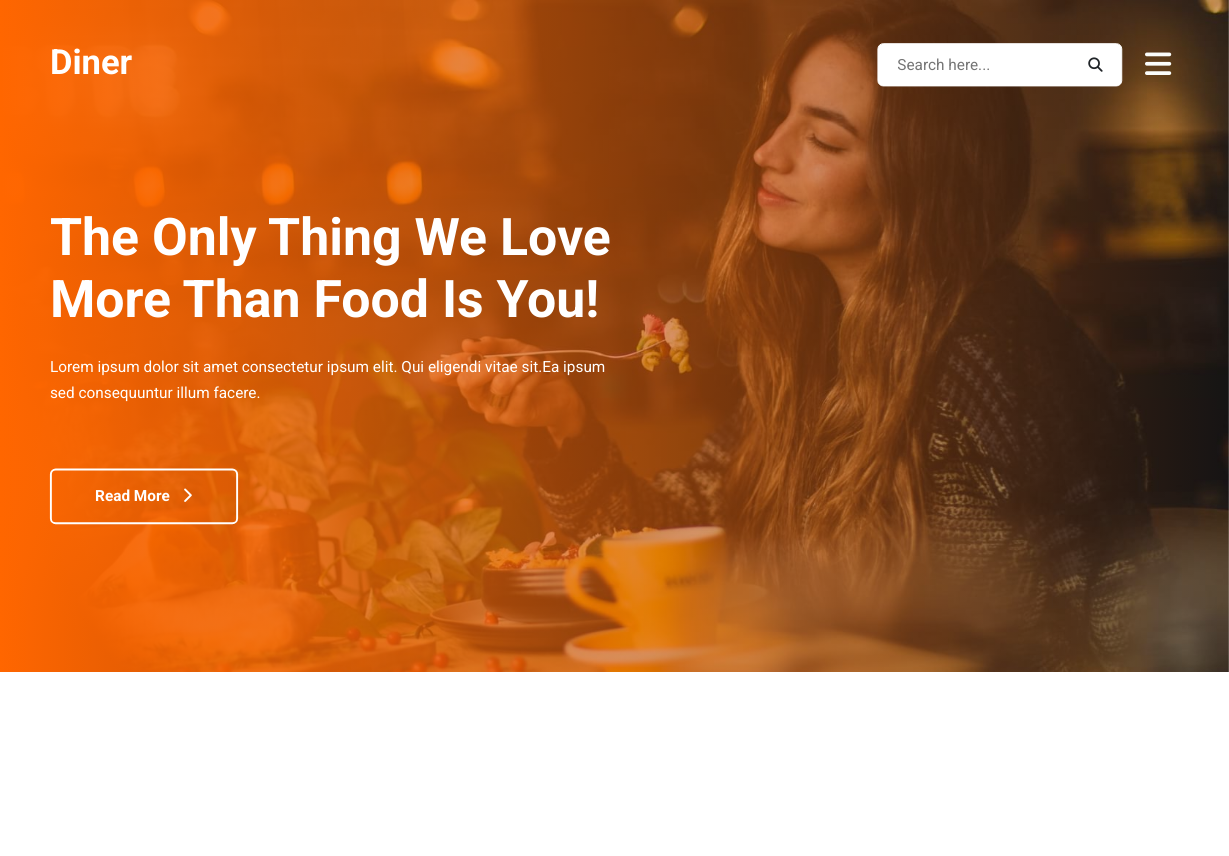
Repository: minhtrivu6199/Diner
Page: index.html
These files come from the project's save history. The page is drawn as it stood at one moment and after the next save; the edit follows.
The browser window is 1280 px wide. The pictures show the whole page, at 96% of full size.
Backgrounds fixed to the window are drawn as part of the page. The style sheet was rebuilt from its Sass, Less or Tailwind sources for each picture, by a compiler version that may differ from the author's.

Above is the page before, as saved 2022-10-10 14:49:39.

### index.html
<!DOCTYPE html>
<html lang="en">
  <head>
    <title>Title</title>
    <!-- Required meta tags -->
    <meta charset="utf-8" />
    <meta
      name="viewport"
      content="width=device-width, initial-scale=1, shrink-to-fit=no"
    />
    <!-- FontAwesome 6.2.0 CSS -->
    <link
      rel="stylesheet"
      href="https://cdnjs.cloudflare.com/ajax/libs/font-awesome/6.2.0/css/all.min.css"
      integrity="sha512-xh6O/CkQoPOWDdYTDqeRdPCVd1SpvCA9XXcUnZS2FmJNp1coAFzvtCN9BmamE+4aHK8yyUHUSCcJHgXloTyT2A=="
      crossorigin="anonymous"
      referrerpolicy="no-referrer"
    />

    <!-- Font -->
    <link rel="preconnect" href="https://fonts.googleapis.com" />
    <link rel="preconnect" href="https://fonts.gstatic.com" crossorigin />
    <link
      href="https://fonts.googleapis.com/css2?family=Roboto:wght@100;300;400;500;700;900&display=swap"
      rel="stylesheet"
    />
    <link href="https://fonts.googleapis.com/css2?family=Pacifico&display=swap" rel="stylesheet">
    <link href="https://fonts.googleapis.com/css2?family=Quicksand:wght@300;400;500;600;700&display=swap" rel="stylesheet">

    <!-- Bootstrap CSS v5.2.1 -->
    <link
      href="https://cdn.jsdelivr.net/npm/bootstrap@5.2.1/dist/css/bootstrap.min.css"
      rel="stylesheet"
      integrity="sha384-iYQeCzEYFbKjA/T2uDLTpkwGzCiq6soy8tYaI1GyVh/UjpbCx/TYkiZhlZB6+fzT"
      crossorigin="anonymous"
    />
    <!-- CSS -->
    <link rel="stylesheet" href="./css/style.min.css" />
  </head>

  <body>
    <section class="header-banner">
      <div class="container">
        <div class="banner-header">
          <div class="banner-logo">
            <h1>
              <a href="" class="logo-brand">Diner</a>
            </h1>
          </div>
          <div class="banner-right-content">
            <div class="search-bar">
              <form class="search position-relative">
                <input
                  type="search"
                  class="search-input"
                  placeholder="Search here..."
                />
                <span class="fa fa-search search-icon"></span>
              </form>
            </div>
            <div class="menu text-center">
              <div class="mobile-position">
                <nav class="navigation">
                  <!-- <div class="theme-switch-wrapper">
                    <label for="checkbox" class="theme-switch">
                      <input type="checkbox" id="checkbox" />
                      <div class="mode-container">
                        <i class="fa fa-sun"></i>
                        <i class="fa fa-moon"></i>
                      </div>
                    </label>
                  </div> -->
                </nav>
              </div>
              <div class="mobile-nav-button text-center">
                <button id="trigger-overlay" type="button">
                  <i class="fa fa-bars" aria-hidden="true"></i>
                </button>
              </div>
            </div>
          </div>
          <div class="overlay overlay-scale">
            <button type="button" class="overlay-close">
              <i class="fa fa-times" aria-hidden="true"></i>
            </button>

            <nav>
              <ul>
                <li><a href="index.html" class="active">Home</a></li>
                <li><a href="about.html">About</a></li>
                <li><a href="services.html">Services</a></li>
                <li><a href="blog.html">Blog</a></li>
                <li><a href="error.html">404</a></li>
                <li><a href="">Landing Page</a></li>
                <li><a href="contact.html">Contact</a></li>
                <li><a href="">Shot Codes</a></li>
                <li><a href="">Email</a></li>
              </ul>
            </nav>
          </div>
        </div>
        <div class="banner-info">
          <h3 class="mb-4">The only thing we love more than food is you!</h3>
          <div class="separator"></div>
          <p class="pr-lg-5 mt-md-4 mt-3">
            Lorem ipsum dolor sit amet consectetur ipsum elit. Qui eligendi
            vitae sit.Ea ipsum sed consequuntur illum facere.
          </p>
          <a class="btn btn-white mt-sm-5 mt-4 mr-2" href="about.html">
            Read More
            <span class="fa fa-chevron-right ms-2" aria-hidden="true"></span>
          </a>
        </div>
      </div>
    </section>
    <section class="about-us py-5">
      <div class="container py-md-5">

      </div>
    </section>
    <!-- Bootstrap JavaScript Libraries -->
    <script
      src="https://cdn.jsdelivr.net/npm/@popperjs/core@2.11.6/dist/umd/popper.min.js"
      integrity="sha384-oBqDVmMz9ATKxIep9tiCxS/Z9fNfEXiDAYTujMAeBAsjFuCZSmKbSSUnQlmh/jp3"
      crossorigin="anonymous"
    ></script>

    <script
      src="https://cdn.jsdelivr.net/npm/bootstrap@5.2.1/dist/js/bootstrap.min.js"
      integrity="sha384-7VPbUDkoPSGFnVtYi0QogXtr74QeVeeIs99Qfg5YCF+TidwNdjvaKZX19NZ/e6oz"
      crossorigin="anonymous"
    ></script>

    <!-- JS -->
    <script src="./js/modernizr-2.6.2.min.js"></script>
    <script src="./js/classie.js"></script>
    <script src="./js/main.js"></script>
  </body>
</html>

### js/classie.js
/*!
 * classie - class helper functions
 * from bonzo https://github.com/ded/bonzo
 *
 * classie.has( elem, 'my-class' ) -> true/false
 * classie.add( elem, 'my-new-class' )
 * classie.remove( elem, 'my-unwanted-class' )
 * classie.toggle( elem, 'my-class' )
 */

/*jshint browser: true, strict: true, undef: true */
/*global define: false */

(function (window) {
  "use strict";

  // class helper functions from bonzo https://github.com/ded/bonzo

  function classReg(className) {
    return new RegExp("(^|\\s+)" + className + "(\\s+|$)");
  }

  // classList support for class management
  // altho to be fair, the api sucks because it won't accept multiple classes at once
  var hasClass, addClass, removeClass;

  if ("classList" in document.documentElement) {
    hasClass = function (elem, c) {
      return elem.classList.contains(c);
    };
    addClass = function (elem, c) {
      elem.classList.add(c);
    };
    removeClass = function (elem, c) {
      elem.classList.remove(c);
    };
  } else {
    hasClass = function (elem, c) {
      return classReg(c).test(elem.className);
    };
    addClass = function (elem, c) {
      if (!hasClass(elem, c)) {
        elem.className = elem.className + " " + c;
      }
    };
    removeClass = function (elem, c) {
      elem.className = elem.className.replace(classReg(c), " ");
    };
  }

  function toggleClass(elem, c) {
    var fn = hasClass(elem, c) ? removeClass : addClass;
    fn(elem, c);
  }

  var classie = {
    // full names
    hasClass: hasClass,
    addClass: addClass,
    removeClass: removeClass,
    toggleClass: toggleClass,
    // short names
    has: hasClass,
    add: addClass,
    remove: removeClass,
    toggle: toggleClass,
  };

  // transport
  if (typeof define === "function" && define.amd) {
    // AMD
    define(classie);
  } else {
    // browser global
    window.classie = classie;
  }
})(window);

### js/main.js
(function () {
  var container = document.querySelector("div.container"),
    triggerBttn = document.getElementById("trigger-overlay"),
    overlay = document.querySelector("div.overlay"),
    closeBttn = overlay.querySelector("button.overlay-close");
  (transEndEventNames = {
    WebkitTransition: "webkitTransitionEnd",
    MozTransition: "transitionend",
    OTransition: "oTransitionEnd",
    msTransition: "MSTransitionEnd",
    transition: "transitionend",
  }),
    (transEndEventName = transEndEventNames[Modernizr.prefixed("transition")]),
    (support = { transitions: Modernizr.csstransitions });

  function toggleOverlay() {
    if (classie.has(overlay, "open")) {
      classie.remove(overlay, "open");
      classie.remove(container, "overlay-open");
      classie.add(overlay, "close");
      var onEndTransitionFn = function (ev) {
        if (support.transitions) {
          if (ev.propertyName !== "visibility") return;
          this.removeEventListener(transEndEventName, onEndTransitionFn);
        }
        classie.remove(overlay, "close");
      };
      if (support.transitions) {
        overlay.addEventListener(transEndEventName, onEndTransitionFn);
      } else {
        onEndTransitionFn();
      }
    } else if (!classie.has(overlay, "close")) {
      classie.add(overlay, "open");
      classie.add(container, "overlay-open");
    }
  }

  triggerBttn.addEventListener("click", toggleOverlay);
  closeBttn.addEventListener("click", toggleOverlay);
})();

### scss/style.scss
@import "./base/variables";
@import "./pages/components/menu";

html,
body {
  font-family: "Roboto", sans-serif;
}
a {
  text-decoration: none;
  background-color: transparent;
}

.header-banner {
  background-image: linear-gradient(to right, $orange, hsl(30deg 100% 1% / 20%)),
    url(../img/banner1.jpg);
  background-size: cover;
  background-position: initial;
  background-repeat: no-repeat;
  background-attachment: fixed;
  min-height: 700px;
  .container {
    max-width: 1200px;
    .banner-header {
      display: flex;
      justify-content: space-between;
      align-items: center;
      padding: 40px 0 20px 0;
      .banner-logo {
        .logo-brand {
          font-size: 36px;
          font-weight: 700;
          color: $white;
        }
      }

      .banner-right-content {
        display: flex;
        justify-content: center;
        align-items: center;
        .search-bar {
          display: flex;
          .search {
            .search-input {
              padding: 10px 50px 10px 20px;
              height: 45px;
              font-size: 16px;
              color: rgba(22, 28, 45, 0.7);
              font-weight: 400;
              border-radius: 6px;
              position: relative;
              right: 0;
              background: $white;
              outline: 0;
              border: 1px solid $white;
            }
            .search-icon {
              position: absolute;
              right: 20px;
              font-size: 15px;
              cursor: pointer;
              top: 15px;
            }
          }
        }

        .menu {
          display: flex;
          justify-content: center;
          align-items: center;
          .mobile-nav-button {
            margin-left: 1rem;
          }
        }
      }
    }

    .banner-info {
        max-width: 600px;
        text-align: left;
        margin-top: 100px;
        h3 {
            font-size: 54px;
            line-height: 64px;
            font-weight: 600;
            text-transform: capitalize;
            color: $white;
        }
        p {
            font-size: 16px;
            line-height: 28px;
            color: $white;
        }

        .btn-white {
            background: transparent;
            border: 2px solid $white;
            color: $white;
            padding: 12px 45px;
            font-size: 16px;
            line-height: 30px;
            font-weight: 700;
            transition: 0.3s ease-in;
            border-radius: 6px;

            &:hover {
                background: $white;
                color: $orange;
            }
        }
    }
  }
}

### scss/base/_variables.scss
// Color
$blue: #007bff;
$indigo: #6610f2;
$purple: #6f42c1;
$pink: #e83e8c;
$red: #dc3545;
$orange: #ff6600;
$yellow: #ffc107;
$green: #28a745;
$teal: #20c997;
$cyan: #17a2b8;
$white: #fff;
$gray: #6c757d;
$gray-dark: #343a40;
$light-orange: #f8b195;
$success: #28a745;
$info: #17a2b8;
$warning: #ffc107;
$danger: #dc3545;
$light: #f8f9fa;
$dark: #343a40;


*, ::after, ::before {
    margin: 0;
    padding: 0;
    box-sizing: border-box;
}

### scss/pages/components/_menu.scss
@import '../../base/variables';
.overlay {
	position: fixed;
	width: 100%;
	height: 100%;
	top: 0;
	left: 0;
	background: rgb(6 3 0 / 77%);
}

/* Overlay closing cross */
.overlay .overlay-close {
    width: 40px;
    height: 40px;
    position: absolute;
    right: 40px;
    top: 40px;
    overflow: hidden;
    border: none;
    background: $orange;
    color: #fff;
    border-radius: 6px;
}

button#trigger-overlay {
	outline: none;
	border: none;
	background: none;
	text-align: center;
	color: #fbfdfb;
	font-size: 1.95em;
	padding: 0 8px;
}

/* Menu style */
.overlay nav {
	text-align: center;
	position: relative;
	top: 50%;
	height: 60%;
	-webkit-transform: translateY(-50%);
	transform: translateY(-50%);
}
.overlay ul {
	list-style: none;
	padding: 0;
	margin: 0 auto;
	display: inline-block;
	height: 100%;
	position: relative;
}
.overlay ul li {
	display: block;
	-webkit-backface-visibility: hidden;
	backface-visibility: hidden;
    line-height:3em;
}
.overlay ul li a {
	font-size: 20px;
	font-weight: 600;
	display: block;
	color: #fff;
	-webkit-transition: color 0.2s;
	transition: color 0.2s;
}

.overlay ul li a:hover,
.overlay ul li a:focus {
	color: $orange;
}

/* Effects */
.overlay-scale {
	visibility: hidden;
	opacity: 0;
	-webkit-transform: scale(0.9);
	transform: scale(0.9);
	-webkit-transition: -webkit-transform 0.2s, opacity 0.2s, visibility 0s 0.2s;
	transition: transform 0.2s, opacity 0.2s, visibility 0s 0.2s;
}

.overlay-scale.open {
	visibility: visible;
	opacity: 1;
	-webkit-transform: scale(1);
	transform: scale(1);
	-webkit-transition: -webkit-transform 0.4s, opacity 0.4s;
	transition: transform 0.4s, opacity 0.4s;
}

@media screen and (max-height: 30.5em) {
	.overlay nav {
		height: 70%;
		font-size: 34px;
	}

	.overlay ul li {
		min-height: 34px;
	}
}
@media (max-width:767px) {
	.overlay ul li a {
		font-size: 16px;
	}
	.overlay ul li {
		line-height: 2.5em;
	}
}
@media (max-width:600px) {
	.overlay ul li a {
		font-size: 16px;
	}
	.overlay ul li {
		line-height: 2.2em;
	}
}

Loaded but not shown: js/modernizr-2.6.2.min.js (library)

After the next save:
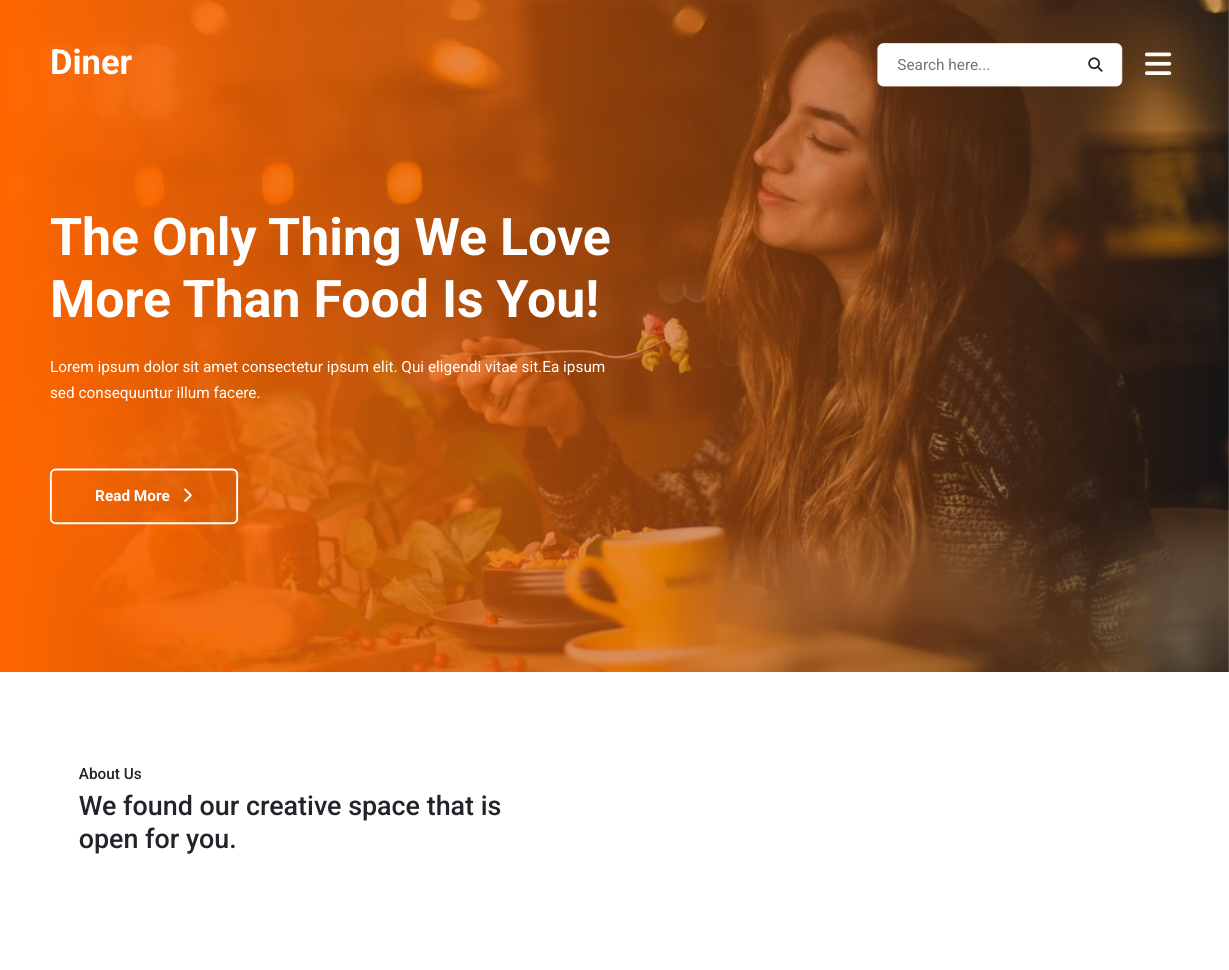
Saved 2 min 20 s later.
--- a/index.html
+++ b/index.html
@@ -115,7 +115,15 @@
     </section>
     <section class="about-us py-5">
       <div class="container py-md-5">
-
+        <div class="row content">
+          <div class="col-lg-5 content-left">
+            <h6 class="subtitle">About Us</h6>
+            <h3 class="title mb-4">
+              We found our creative space that is open for you.
+            </h3>
+          </div>
+          <div class="col-lg-7 content-right"></div>
+        </div>
       </div>
     </section>
     <!-- Bootstrap JavaScript Libraries -->
